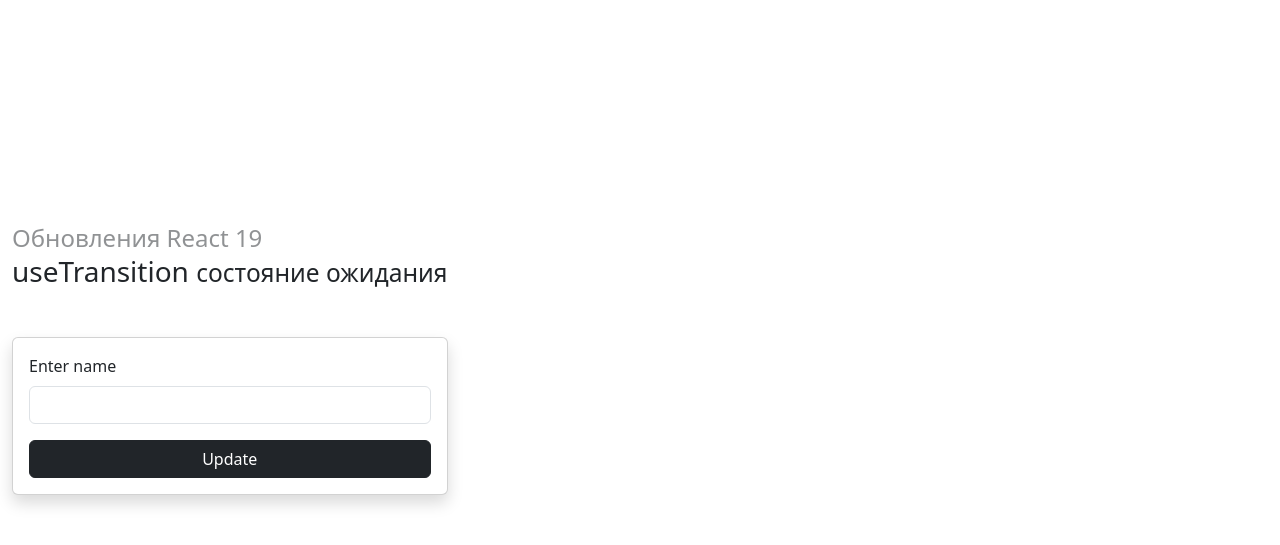
Repository: vitaliygalata1986/react
Page: / (app in project-40-react-19-vite/react-19/)
These files come from the project's save history. The page is drawn as it stood at one moment and after the next save; the edit follows.
The browser window is 1280 px wide. The pictures show the whole page.
The project was rebuilt for these pictures with package versions that can differ from the ones it lists, and the page was loaded fresh each time. Also part of the build but not shown: project-40-react-19-vite/react-19/vite.config.js.

Above is the page before, as saved 2025-02-03 22:14:06.

After the next save:
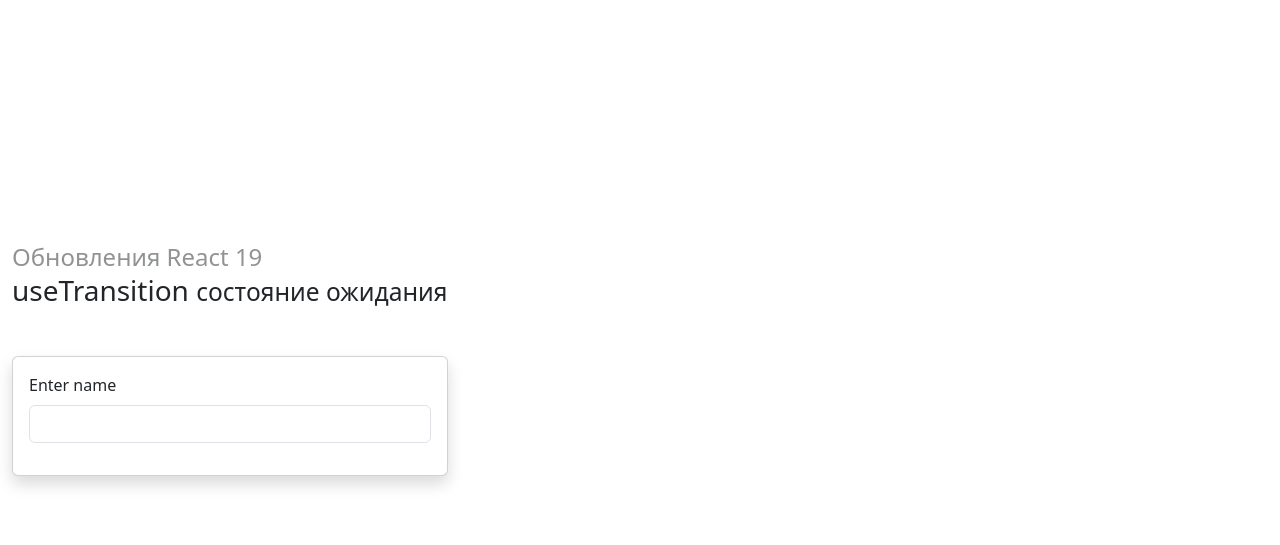
Saved 18 s later.
--- a/project-40-react-19-vite/react-19/src/examples/forms/useFormStatus.jsx
+++ b/project-40-react-19-vite/react-19/src/examples/forms/useFormStatus.jsx
@@ -56,9 +56,7 @@
         {success && showSuccess()}
         <label className='form-label'>Enter name</label>
         <input className='form-control mb-3' name='name' />
-        <button className='btn btn-dark' disabled={isPending}>
-          Update
-        </button>
+
         {error && <p>{error}</p>}
       </form>
     </>
